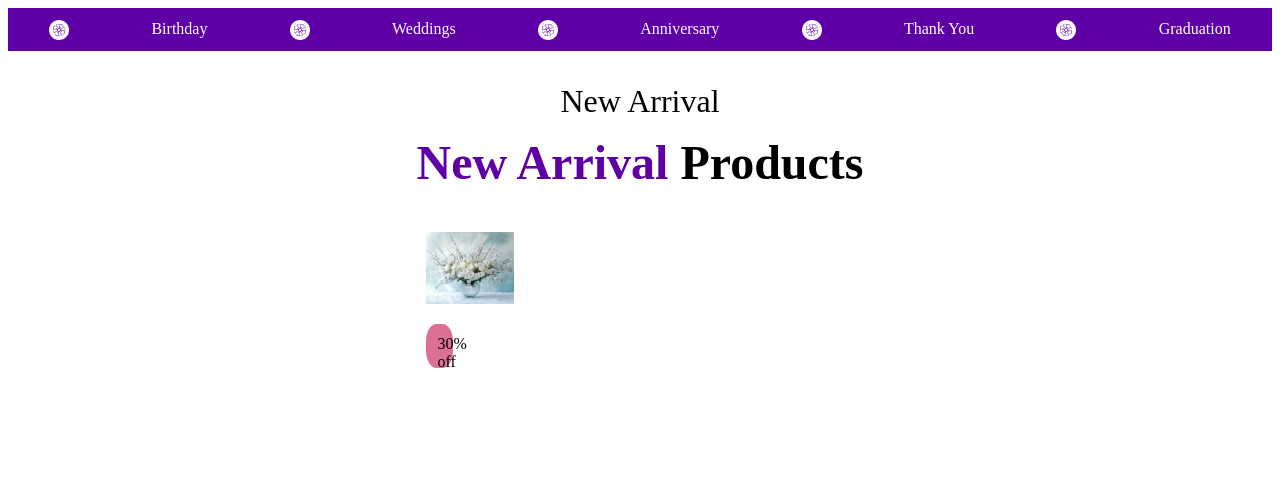
Repository: KolawoleTemilade/classroom-learning
Page: newarrival/index.html
The author's editor kept a copy of each file at every save. The page is drawn from the files as they stood at one save, then again after the next save.
The browser window is 1280 px wide. The pictures show the whole page.

Above is the page before, as saved 2025-10-01 21:22:12.

### newarrival/index.html
<!DOCTYPE html>
<html lang="en">
  <head>
    <meta charset="UTF-8" />
    <meta name="viewport" content="width=h, initial-scale=1.0" />
    <title>new arrival</title>
    <link rel="stylesheet" href="style.css" />
  </head>
  <body>
    <section class="new-arrival-sect">
      <div class="marq-sect">
        <div class="marque">
          <img
            src="../newarrival/images/icons/marqueflower.png"
            alt="flower-icon"
            width="20"
            height="20"
          />
          <span>birthday</span>
          <img
            src="../newarrival/images/icons/marqueflower.png"
            alt="flower-icon"
            width="20"
            height="20"
          />
          <span>weddings</span>
          <img
            src="../newarrival/images/icons/marqueflower.png"
            alt="flower-icon"
            width="20"
            height="20"
          />
          <span>anniversary</span>
          <img
            src="../newarrival/images/icons/marqueflower.png"
            alt="flower-icon"
            width="20"
            height="20"
          />
          <span>thank you</span>
          <img
            src="../newarrival/images/icons/marqueflower.png"
            alt="flower-icon"
            width="20"
            height="20"
          />
          <span>graduation</span>
        </div>
      </div>
      <div class="new-arrival">
        <div class="new-arrival-title">
          <p class="title1">
            new arrival
            <span class="title2">new arrival <span class="product-title">products</span></span>
          </p>
        </div>
        <div class="new-arrival-product-card">
          <div class="product-card">
            <div class="img-sect">
              <img src="./images/new-arrival/flower1.png" alt="flower1" width="200" height="2 ,8>00" />
              <div class="absolute-container">
                <p class="slash">30% off</p>
              </div>
            </div>
            <div class="text-sect"></div>
          </div>
        </div>
      </div>
    </section>
  </body>
</html>

### newarrival/style.css
.new-arrival-sect{
    display: flex;
    flex-direction: column;
    align-items: center;
    justify-content: center;
}

.marq-sect{
    background-color: #5E00A6;
    height:6vh;
    width: 100%;
    align-content: center;
}
.marque {
    display: flex;
    align-content: center;
    justify-content:space-around ;
}
.marque > span {
    text-transform: capitalize;
    color: white;
}
.title1{
    font-size: 2rem;
    display: flex;
    flex-direction: column;
    align-items: center;
    justify-content: center;
    gap: 15px;
    text-transform: capitalize;
}
.title2 {
    font-size: 3rem;
    color: #5E00A6;
    font-weight: 700;
}
.product-title{
    color: black;
    font-size: 3rem;
    font-weight: 700;
}

.product-card {
    display: flex;
    padding: 10px;
    background: white;
}
.img-sect {
    position: relative;

}
.img-sect >img{
    width: 100%;
    height: 10vh;
}
.absolute-container > p{
    /* width: 100%; */
}
.slash {
    position: absolute;
    top: left;
    background: palevioletred;
    padding: 10px;
    width: 5%;
    height: 3vh;
    border: 1px solid transparent;
    border-radius: 40%;
}

After the next save:
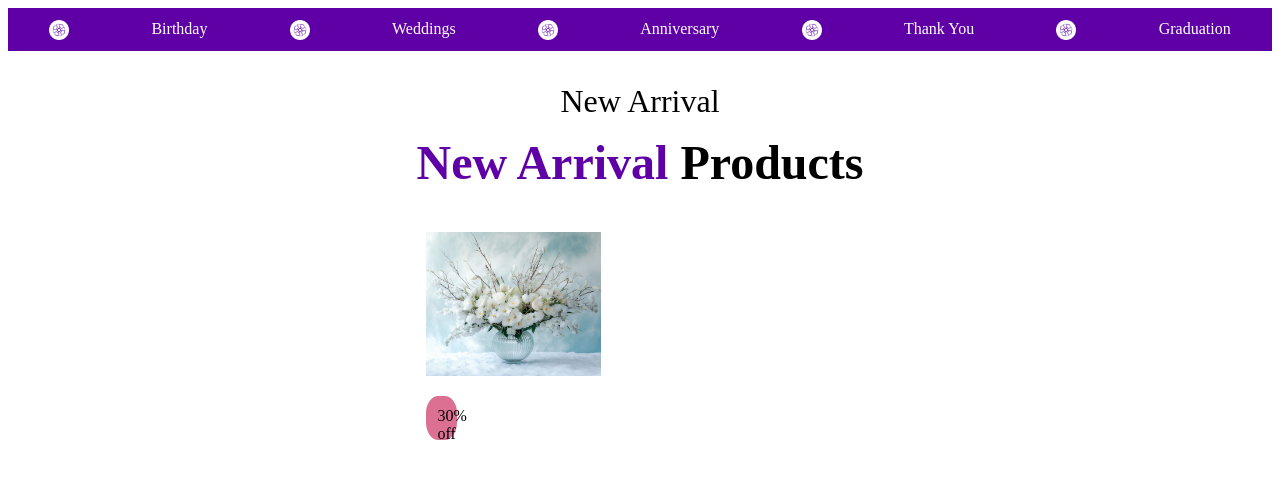
Saved 77 s later.
--- a/newarrival/style.css
+++ b/newarrival/style.css
@@ -51,7 +51,7 @@
 }
 .img-sect >img{
     width: 100%;
-    height: 10vh;
+    height: 20vh;
 }
 .absolute-container > p{
     /* width: 100%; */
